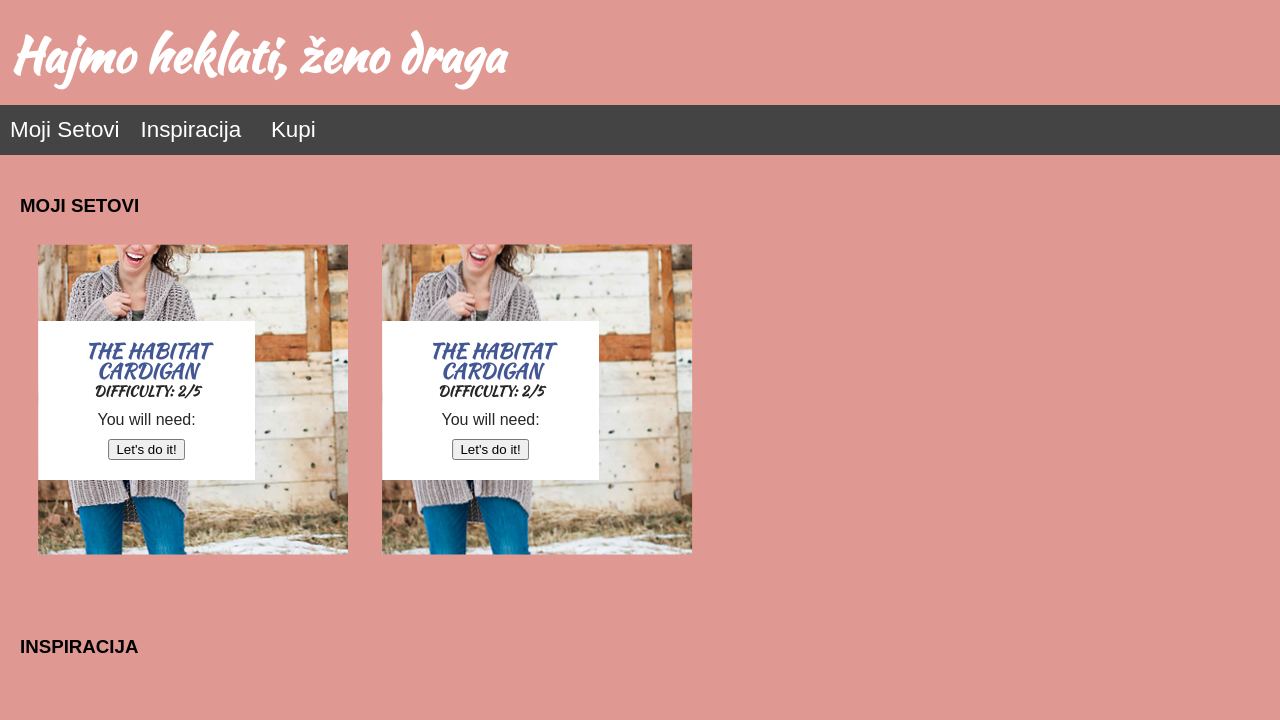
Repository: sdnc/Heklamo
Page: index.html
The author's editor kept a copy of each file at every save. The page is drawn from the files as they stood at one save, then again after the next save.
The browser window is 1280 px wide. The pictures show the whole page.

Above is the page before, as saved 2020-12-24 14:56:49.
Console error: ReferenceError: $ is not defined

### index.html
<html>

<head>
  <meta charset="UTF-8" />
  <meta name="viewport" content="width=device-width, initial-scale=1.0" />
  <title>Heklamo</title>
  <link rel="preconnect" href="https://fonts.gstatic.com">
<link href="https://fonts.googleapis.com/css2?family=Kaushan+Script&display=swap" rel="stylesheet">
  <link href="https://maxcdn.bootstrapcdn.com/font-awesome/4.7.0/css/font-awesome.min.css" rel="stylesheet">
  <link rel="stylesheet" href="styles.css" />
  <script src="https://unpkg.com/vue@next" defer></script>
  <script src="app.js" defer></script>
</head>

<body>
  <!--1) -->
  <!--2) -->
  <section id="header">
    <h1>Hajmo heklati, ženo draga</h1>
  </section>
  <section class="nav">
    <ul>
      <li class="setove"><a href="#">Moji Setovi</a></li>
      <li class="inspiracija"><a href="#">Inspiracija</a></li>
      <li class="kupi"><a href="#">Kupi</a></li>
    </ul>
  </section>
    <section id="sets" class="divider">
      <h3>MOJI SETOVI</h3>
    <div class="card">
      <div class="image">
        <img
          src="img/habitatcardigan.jpg" />
      </div>
      <div class="details">
        <div class="center">
          <h1>The Habitat Cardigan<br><span>Difficulty: 2/5</span></h1>
          <p>You will need:</p>
          <button>Let's do it!</button>
        </div>
      </div>
    </div>

    <div class="card">
      <div class="image">
        <img src="img/habitatcardigan.jpg" />
      </div>
      <div class="details">
        <div class="center">
          <h1>The Habitat Cardigan<br><span>Difficulty: 2/5</span></h1>
          <p>You will need:</p>
          <button>Let's do it!</button>
        </div>
      </div>
    </div>
  </section>

  <section id="inspiration" class="divider">
    <h3>INSPIRACIJA</h3>



  </section>

  <section id="buy" class="divider">

  </section>

  <script>


  </script>
</body>

</html>

### styles.css
body {
  margin: 0;
  padding: 0;
  font-family: sans-serif;
  background-color: #e09992;
}

.divider {
  margin: 40px 0 30px 20px;
}

h1 {
  font-family: "Kaushan Script", sans-serif;
  font-size: 48;
  margin: 20px 0 15px 10px;
  color: white;
}
/* NAV BAR */

.nav ul {
  list-style: none;
  background-color: #444;
  text-align: left;
  padding: 0;
  margin: 0;
}
.nav li {
  font-family: 'Oswald', sans-serif;
  padding-left: 10px;
  line-height: 40px;
  height: 40px;
  border-bottom: 1px solid #888;
}

.nav a {
  text-decoration: none;
  color: #fff;
  display: block;
  transition: .3s background-color;
}

.nav a:hover {
  background-color: #005f5f;
}
/*
.nav a.active {
  background-color: #fff;
  color: #444;
  cursor: default;
} */

@media screen and (min-width: 600px) {
  .nav li {
    width: 120px;
    border-bottom: none;
    height: 50px;
    line-height: 50px;
    font-size: 1.4em;
  }

  /* Option 1 - Display Inline */
  .nav li {
    display: inline-block;
    margin-right: -4px;
  }

/* MY SETS - section */
.card {
  margin: 5px 15px;
  display: inline-block;
  transform: translate(1%,1%);
  width: 310px;
  height: 350px;
}
.image {
  width: 310px;
  height: 350px;
  overflow: hidden;
}
.card .image img {
  width: 100%;
  transition: .5s;
}
.card:hover .image img {
  opacity: .5;
  transform: translateX(30%);/*100%*/
}
.card .details {
  position: absolute;
  top: 0;
  left: 0;
  width: 70%;/*100%*/
  height: 89%;
  background: #7ca9e0;
  transition: .5s;
  transform-origin: left;
  transform: perspective(2000px) rotateY(-90deg);
}
.card:hover .details {
  transform: perspective(2000px) rotateY(0deg);
}
.card .details .center {
  padding: 20px;
  text-align: center;
  background: #fff;
  position: absolute;
  top: 50%;
  transform: translateY(-50%);
}
.card .details .center h1 {
  margin: 0;
  padding: 0;
  color: #435794;
  line-height: 20px;
  font-size: 20px;
  text-transform: uppercase;
}
.card .details .center h1 span {
  font-size: 14px;
  color: #262626;
}
.card .details .center p {
  margin: 10px 0;
  padding: 0;
  color: #262626;
}

/* INPIRATION SECTION */

### app.js
$('#recipeCarousel').carousel({
    interval: 10000
  })

  $('.carousel .carousel-item').each(function(){
      var minPerSlide = 3;
      var next = $(this).next();
      if (!next.length) {
      next = $(this).siblings(':first');
      }
      next.children(':first-child').clone().appendTo($(this));

      for (var i=0;i<minPerSlide;i++) {
          next=next.next();
          if (!next.length) {
              next = $(this).siblings(':first');
            }

          next.children(':first-child').clone().appendTo($(this));
        }
  });

After the next save:
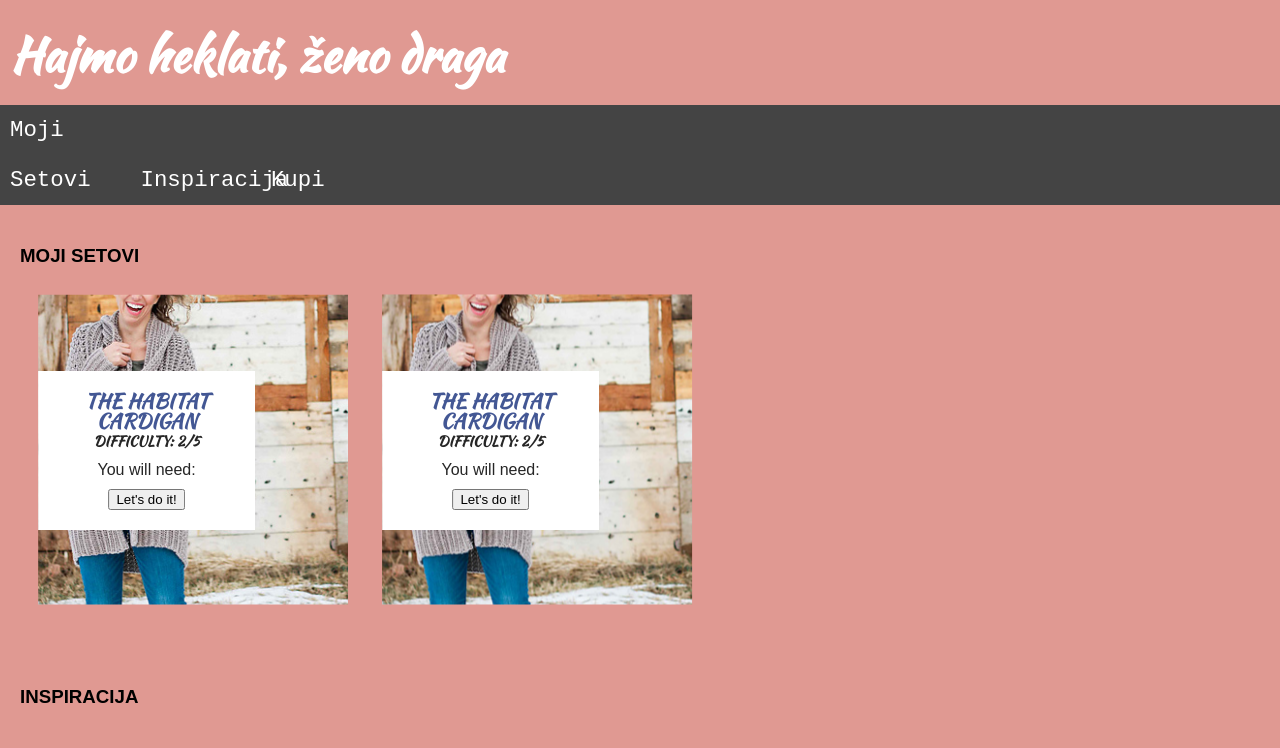
Saved 4 min 29 s later.
--- a/styles.css
+++ b/styles.css
@@ -25,7 +25,7 @@
   margin: 0;
 }
 .nav li {
-  font-family: 'Oswald', sans-serif;
+  font-family:'Courier New', Courier, monospace;
   padding-left: 10px;
   line-height: 40px;
   height: 40px;

After the save that followed:
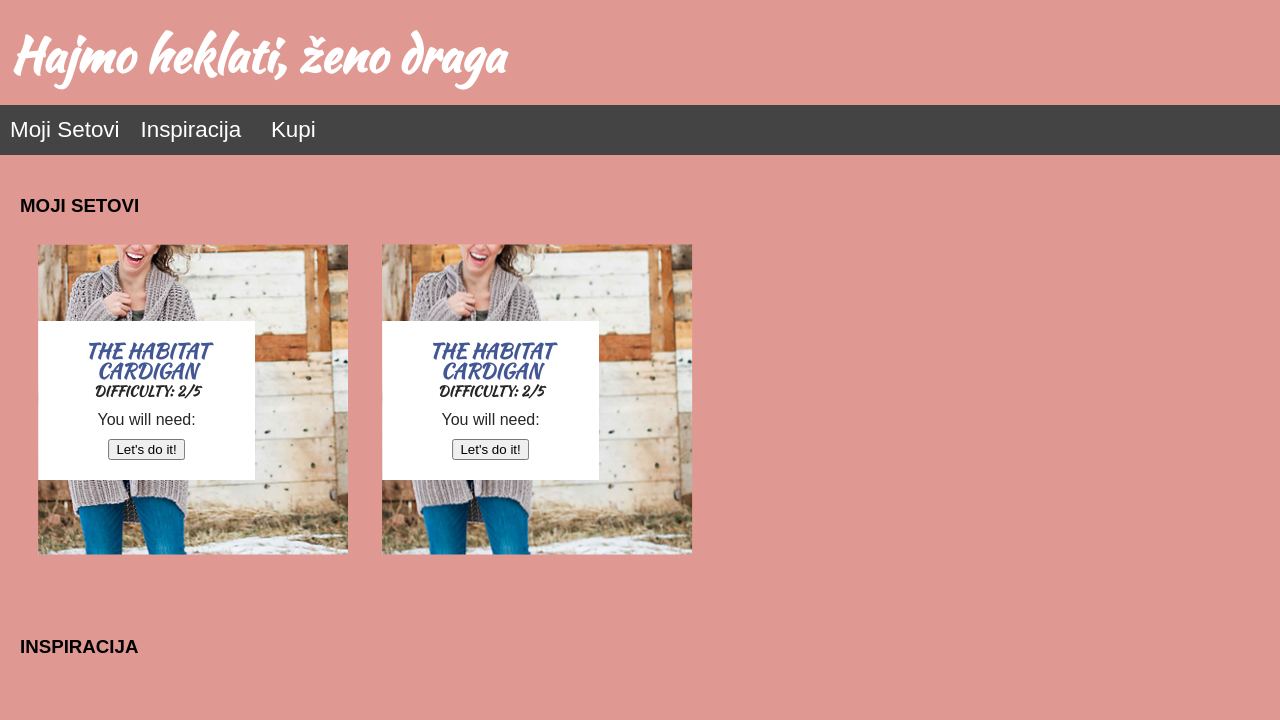
Saved 5 s later.
--- a/styles.css
+++ b/styles.css
@@ -25,7 +25,7 @@
   margin: 0;
 }
 .nav li {
-  font-family:'Courier New', Courier, monospace;
+  font-family: 'Oswald', sans-serif;
   padding-left: 10px;
   line-height: 40px;
   height: 40px;
